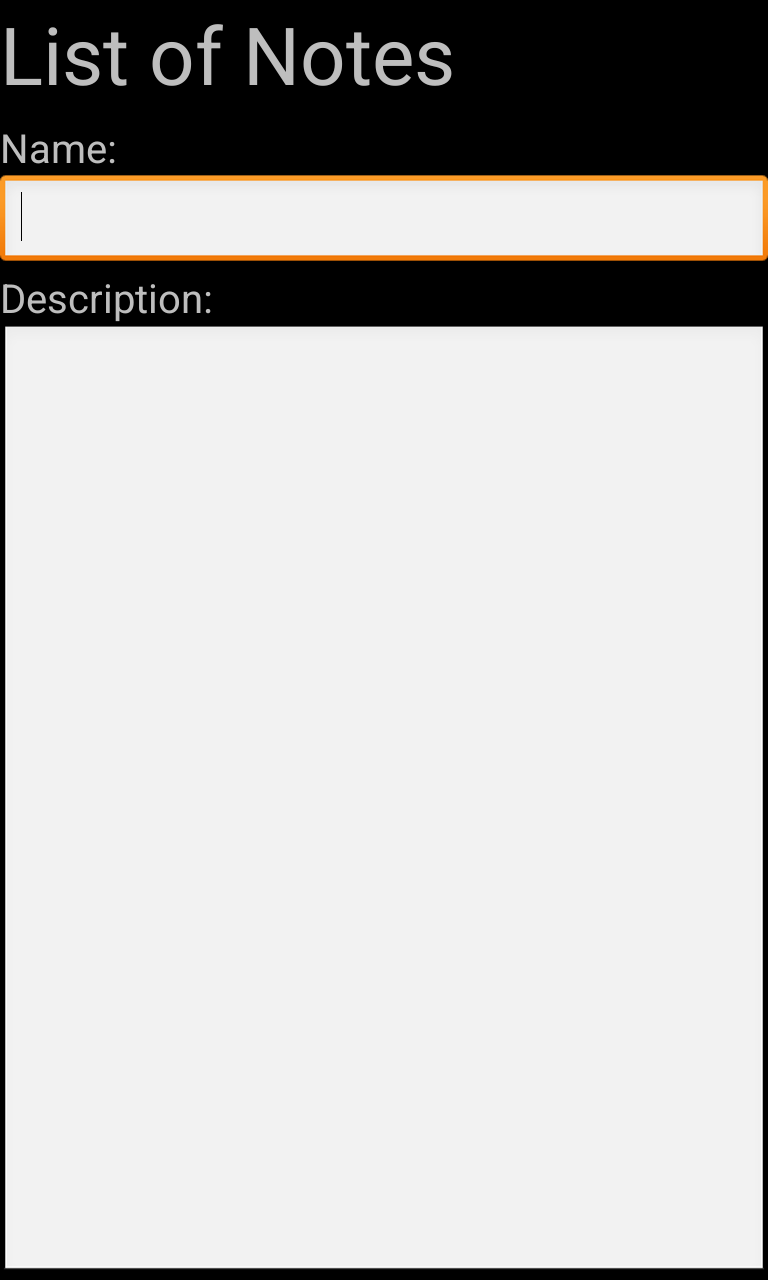
Repository: sandrapatfer/PROMPT11-10-CloudComputing.sandrapatfer
Layout: src/FinalWork/AndroidCloudNotes/AndroidCloudNotes/res/layout/tasklist_view.xml
The author's editor kept a copy of each file at every save. The layout is drawn from the files as they stood at one save, then again after the next save.
It is drawn on a 768 x 1280 px phone screen (xhdpi) without system bars, with theme android:Theme; the app's code is not run.

Above is the layout before, as saved 2012-06-03 22:37:38.

After the next save:
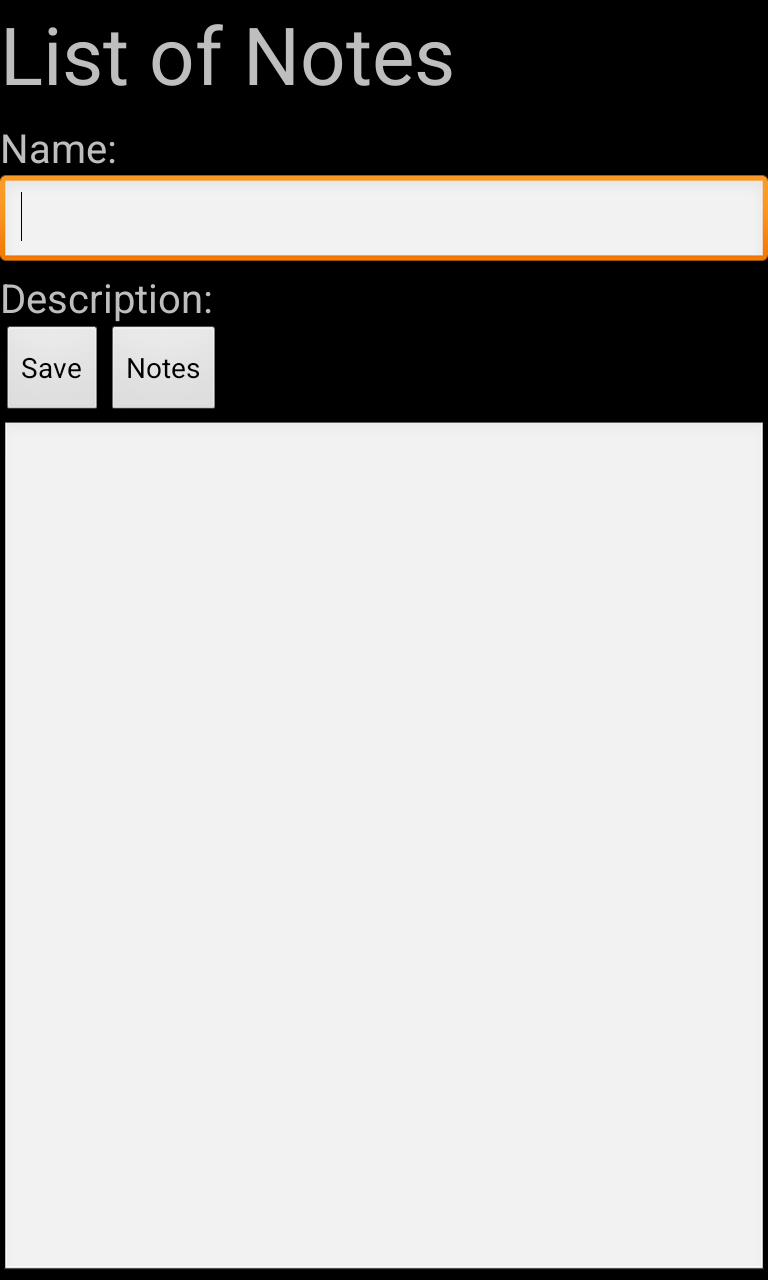
Saved 2 min 34 s later.
--- a/src/FinalWork/AndroidCloudNotes/AndroidCloudNotes/res/layout/tasklist_view.xml
+++ b/src/FinalWork/AndroidCloudNotes/AndroidCloudNotes/res/layout/tasklist_view.xml
@@ -31,13 +31,6 @@
 	    android:text="@string/description_label"
 	    android:textSize="20dp"
 	    />
-    <EditText
-        android:id="@+id/text_taskListDescription"
-        android:layout_width="match_parent"
-        android:layout_height="match_parent"
-        android:inputType="textMultiLine" >
-    </EditText>
-
     <LinearLayout
         android:id="@+id/linearLayout1"
         android:layout_width="match_parent"
@@ -55,5 +48,12 @@
 	        android:layout_height="wrap_content"
 	        android:text="@string/notes_label" />
     </LinearLayout>
+	<EditText
+        android:id="@+id/text_taskListDescription"
+        android:layout_width="match_parent"
+        android:layout_height="match_parent"
+        android:inputType="textMultiLine" >
+    </EditText>
+
 
 </LinearLayout>

After the save that followed:
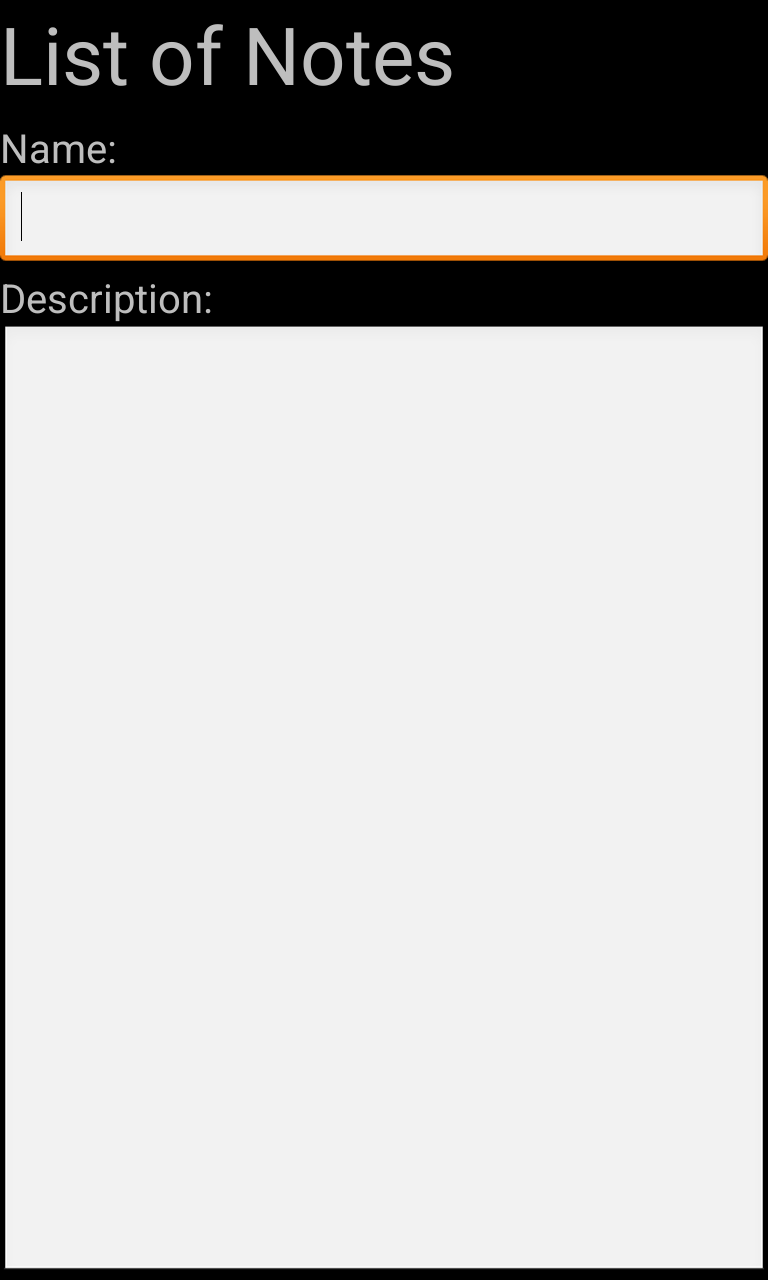
Saved 20 s later.
--- a/src/FinalWork/AndroidCloudNotes/AndroidCloudNotes/res/layout/tasklist_view.xml
+++ b/src/FinalWork/AndroidCloudNotes/AndroidCloudNotes/res/layout/tasklist_view.xml
@@ -31,6 +31,12 @@
 	    android:text="@string/description_label"
 	    android:textSize="20dp"
 	    />
+	<EditText
+        android:id="@+id/text_taskListDescription"
+        android:layout_width="match_parent"
+        android:layout_height="match_parent"
+        android:inputType="textMultiLine" >
+    </EditText>
     <LinearLayout
         android:id="@+id/linearLayout1"
         android:layout_width="match_parent"
@@ -48,12 +54,4 @@
 	        android:layout_height="wrap_content"
 	        android:text="@string/notes_label" />
     </LinearLayout>
-	<EditText
-        android:id="@+id/text_taskListDescription"
-        android:layout_width="match_parent"
-        android:layout_height="match_parent"
-        android:inputType="textMultiLine" >
-    </EditText>
-
-
 </LinearLayout>
